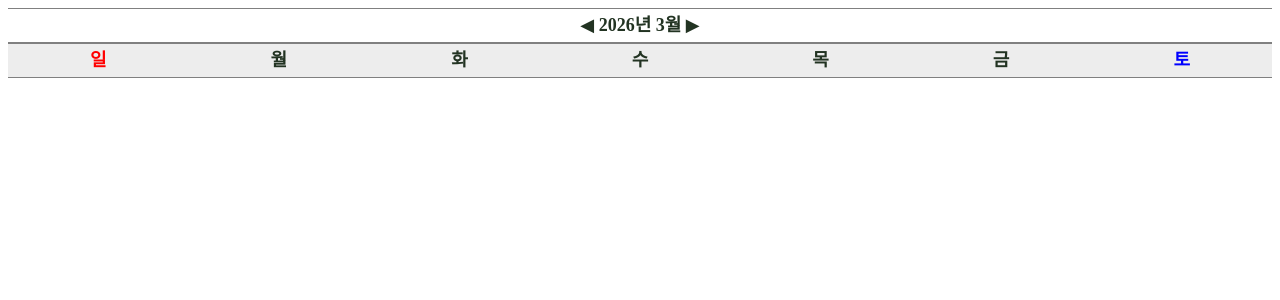
Repository: god5228god/Jsp
Page: http://localhost/WebApp06/SendAndReceive12_1.jsp
An editor plug-in stored every save of this project. The page is shown before and after the next save, followed by the edit.
The browser window is 1280 px wide. The pictures show the whole page.
The page is served by Tomcat 9.

Above is the page before, as saved 2026-03-04 08:13:09.

After the next save:
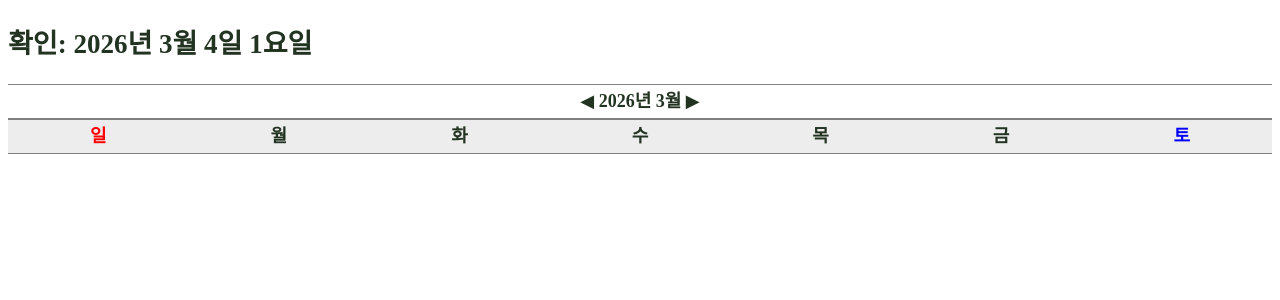
Saved 113 s later.
--- a/WebApp06/WebContent/SendAndReceive12_1.jsp
+++ b/WebApp06/WebContent/SendAndReceive12_1.jsp
@@ -59,6 +59,7 @@ td{text-align: center;}
 </style>
 </head>
 <body>
+<h2>확인: <%=nowYear %>년 <%=nowMonth %>월 <%=nowDay %>일 <%= week %>요일</h2>
 <div>
 	<table class="table" style="text-align: center;">
 		<tr>
